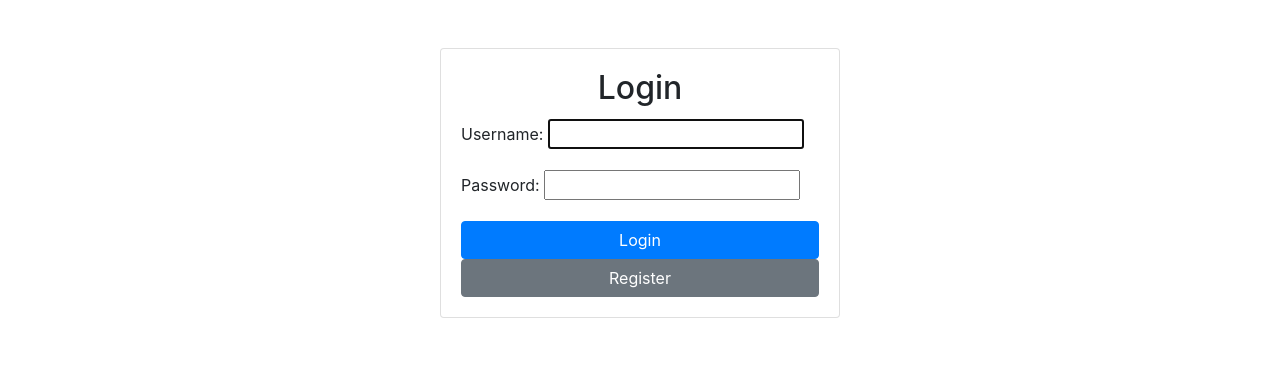
Repository: apps-eduard/TH_MONITORING_v1
Page: http://localhost/
These files come from the project's save history. The page is drawn as it stood at one moment and after a run of saves; the edit follows.
The browser window is 1280 px wide. The pictures show the whole page.
Some web libraries are served in a nearby version. The page is served by the project's application, run on Django 5.2 (manage.py). Other server files are loaded and not shown.

Above is the page before, as saved 2024-03-26 13:23:48.

### user_profile/templates/user_profile/login.html
{% extends 'base.html' %}

{% block content %}
<div class="container">
    <div class="card mx-auto mt-5" style="max-width: 400px;">
        <div class="card-body">
            <h2 class="card-title text-center">Login</h2>
            <form method="post">
                {% csrf_token %}
                <div class="form-group">
                    <label for="{{ form.username.id_for_label }}">Username:</label>
                    {{ form.username }}
                </div>
                <div class="form-group">
                    <label for="{{ form.password.id_for_label }}">Password:</label>
                    {{ form.password }}
                </div>
                <button type="submit" class="btn btn-primary btn-block">Login</button>
            </form>
            <!-- Add a Register button/link -->
            <!-- With namespace 'user_profile' -->
            <a href="{% url 'user_profile:register' %}" class="btn btn-secondary btn-block">Register</a>
        </div>
    </div>
</div>
{% endblock %}

### templates/base.html
<!DOCTYPE html>
<html lang="en">
<head>
    <meta charset="UTF-8">
    <meta name="viewport" content="width=device-width, initial-scale=1.0">
    <title>{% block title %}Your Site{% endblock %}</title>
    <link href="https://stackpath.bootstrapcdn.com/bootstrap/4.5.2/css/bootstrap.min.css" rel="stylesheet">
</head>
<body>
    {% if show_navbar %}
    <!-- Navbar -->
    <nav class="navbar navbar-expand-lg navbar-light bg-light">
        <a class="navbar-brand" href="#">Project Name</a>
        <button class="navbar-toggler" type="button" data-toggle="collapse" data-target="#navbarNav" aria-controls="navbarNav" aria-expanded="false" aria-label="Toggle navigation">
            <span class="navbar-toggler-icon"></span>
        </button>
        <div class="collapse navbar-collapse" id="navbarNav">
            <ul class="navbar-nav ml-auto">
                {% if user.is_authenticated %}
                    <li class="nav-item dropdown">
                        <a class="nav-link dropdown-toggle" href="#" id="navbarDropdown" role="button" data-toggle="dropdown" aria-haspopup="true" aria-expanded="false">
                            {{ user.get_full_name|default:user.email }}
                        </a>
                        <div class="dropdown-menu" aria-labelledby="navbarDropdown">
                            <a class="dropdown-item" href="#">Profile</a>
                            <a class="dropdown-item" href="{% url 'user_profile:logout' %}">Logout</a>
                        </div>
                    </li>
                {% else %}
                    {% comment %} <li class="nav-item">
                        {% if user.is_authenticated %}
                        <a class="nav-link"  href="{% url 'user_profile:edit-profile' %}" onclick="console.log('User is authenticated')">Edit Profile</a>
                        {% else %}
                            <a class="nav-link"  href="{% url 'user_profile:edit-profile' %}" onclick="console.log('User is not authenticated')">Edit Profile</a>
                        {% endif %}
                    </li> {% endcomment %}
                    <li class="nav-item">
                        <a class="nav-link"  href="{% url 'user_profile:edit-profile' %}" onclick="console.log('User is not authenticated')">Edit Profile</a>
                    </li>
                    <li class="nav-item">
                        <a class="nav-link" href="{% url 'register' %}">Register</a>
                    </li>
                {% endif %}
            </ul>
        </div>
    </nav>
    {% endif %}

{% block content %}
{% endblock %}

<script src="https://code.jquery.com/jquery-3.5.1.slim.min.js"></script>
<script src="https://cdn.jsdelivr.net/npm/@popperjs/core@2.5.2/dist/umd/popper.min.js"></script>
<script src="https://stackpath.bootstrapcdn.com/bootstrap/4.5.2/js/bootstrap.min.js"></script>
</body>
</html>

### user_profile/views.py

from django.shortcuts import render, redirect
from django.contrib.auth import authenticate, login
from .forms import UserRegistrationForm
from django.contrib.auth.forms import AuthenticationForm
from django.urls import reverse
from django.contrib.auth import logout
from django.contrib import messages
from django.contrib.auth.decorators import login_required
from .forms import ProfileForm

# @login_required
def edit_profile_view(request):
    if request.method == 'POST':
        form = ProfileForm(request.POST, instance=request.user.profile)
        if form.is_valid():
            form.save()
            return redirect('user_profile:profile')  # Redirect to profile page after successful edit
    else:
        form = ProfileForm(instance=request.user.profile)

    return render(request, 'user_profile/edit_profile.html', {'form': form})


def register(request):
    if request.method == 'POST':
        form = UserRegistrationForm(request.POST)
        if form.is_valid():
            form.save()
            # Redirect to login page after successful registration
            return redirect('user_profile:login')  # Using redirect with the name of the login url pattern
    else:
        form = UserRegistrationForm()
    return render(request, 'user_profile/register.html', {'form': form, 'show_navbar': False})

def login_view(request):
    if request.method == 'POST':
        form = AuthenticationForm(data=request.POST)
        if form.is_valid():
            user = form.get_user()
            login(request, user)
            # Redirect to the th_monitoring page
            return redirect('th_monitoring:dashboard')
    else:
        form = AuthenticationForm()
    return render(request, 'user_profile/login.html', {'form': form, 'show_navbar': False})

def register_view(request):
    if request.method == 'POST':
        form = UserRegistrationForm(request.POST)
        if form.is_valid():
            form.save()
            return redirect('user_profile:login')  # Redirect to login page after successful registration
    else:
        form = UserRegistrationForm()

    return render(request, 'user_profile/register.html', {'form': form})

def logout_view(request):
    logout(request)
    messages.add_message(request, messages.SUCCESS, 'You have successfully logged out.')
    return redirect('/user_profile/login/')

### core/urls.py
from django.contrib import admin
from django.urls import path, include
from user_profile.views import login_view

urlpatterns = [
    path('admin/', admin.site.urls),
    path('', login_view, name='login'),
    path('th_monitoring/', include('th_monitoring.urls', namespace='th_monitoring')),
    path('user_profile/', include(('user_profile.urls', 'user_profile'), namespace='user_profile')),


]

### th_monitoring/urls.py
# th_monitoring/urls.py

from django.urls import path
from . import views

app_name = 'th_monitoring'

urlpatterns = [
    path('', views.monitoring_dashboard, name='dashboard'),
]

### user_profile/urls.py
from django.urls import path
from .views import login_view, logout_view, register
from . import views   # Import the views module

app_name = 'user_profile'  # This is the namespace for the URLs in this app

urlpatterns = [
    path('login/', login_view, name='login'),
    path('register/', register, name='register'),
    path('logout/', logout_view, name='logout'),
    path('edit-profile/', views.edit_profile_view, name='edit_profile'),


]

### user_profile/forms.py
from django import forms
from django.contrib.auth.forms import UserCreationForm
from django.contrib.auth.forms import UserChangeForm
from .models import User

class UserRegistrationForm(UserCreationForm):
    email = forms.EmailField()
    first_name = forms.CharField(max_length=30)
    last_name = forms.CharField(max_length=30)

    class Meta:
        model = User
        fields = ['email', 'first_name', 'last_name', 'password1', 'password2']

class ProfileForm(UserChangeForm):
    class Meta:
        model = User
        fields = ['email', 'first_name', 'last_name']

class LoginForm(forms.Form):
    email = forms.EmailField(widget=forms.TextInput(attrs={'class': 'form-control', 'placeholder': 'Username', }) )
    password = forms.CharField(widget=forms.PasswordInput(attrs={'class': 'form-control', 'placeholder': 'Password', }))

After the next 2 saves:
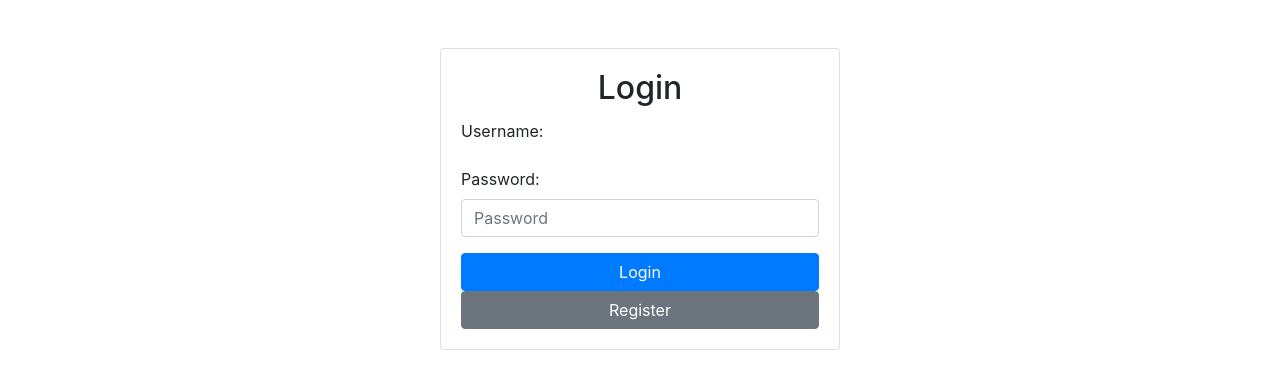
The 2 saves are shown as one change because 1 did not build or start.
The last was saved 92 s later.
--- a/user_profile/views.py
+++ b/user_profile/views.py
@@ -1,7 +1,7 @@
 
 from django.shortcuts import render, redirect
 from django.contrib.auth import authenticate, login
-from .forms import UserRegistrationForm
+from .forms import UserRegistrationForm, LoginForm
 from django.contrib.auth.forms import AuthenticationForm
 from django.urls import reverse
 from django.contrib.auth import logout
@@ -42,7 +42,7 @@ def login_view(request):
             # Redirect to the th_monitoring page
             return redirect('th_monitoring:dashboard')
     else:
-        form = AuthenticationForm()
+        form = LoginForm()
     return render(request, 'user_profile/login.html', {'form': form, 'show_navbar': False})
 
 def register_view(request):
